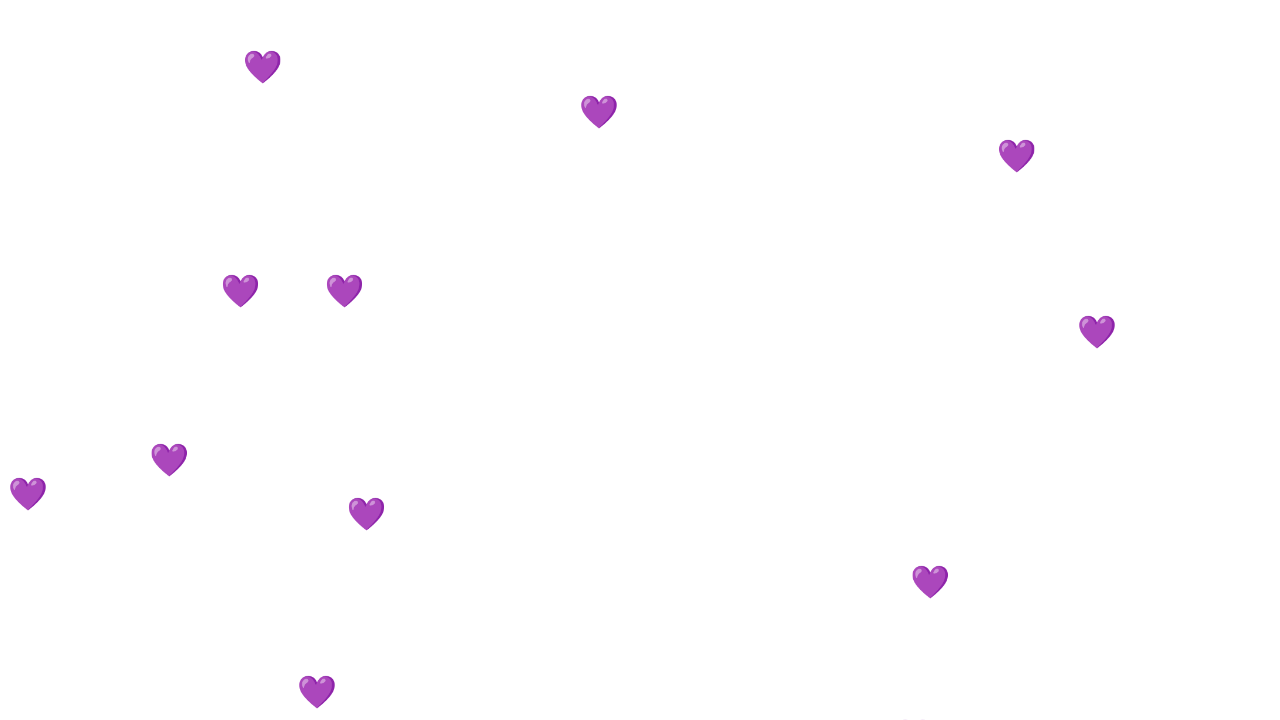
Repository: kate30980/js-practice
Page: purple-heart-rain/index.html
An editor plug-in stored every save of this project. The page is shown before and after the next save, followed by the edit.
The browser window is 1280 px wide. The pictures show the whole page.

Above is the page before, as saved 2021-08-28 23:56:17.

### purple-heart-rain/index.html
<!DOCTYPE html>
<html lang="en">

<head>
    <meta charset="UTF-8">
    <meta http-equiv="X-UA-Compatible" content="IE=edge">
    <meta name="viewport" content="width=device-width, initial-scale=1.0">
    <title>Purple Heart Rain</title>
    <link rel="stylesheet" href="style.css">
    <script src="script.js" defer></script>
</head>

<body>

</body>

</html>

### purple-heart-rain/style.css
@import url('https://fonts.googleapis.com/css2?family=Montserrat:wght@300;400;600;700&display=swap');
*{
    box-sizing: border-box;
}
body{
    display: flex;
    align-items: center;
    justify-content: center;
    font-family: 'Montserrat', sans-serif;
    margin: 0;
    min-height:100vh;
}
.heart{
    position: fixed;
    top: -1vh;transform: translateY(0);
    font-size: 2rem;
    animation: fall 3s linear forwards;
}
@keyframes fall {
    to{
        transform: translateY(110vh);
    }
}

### purple-heart-rain/script.js
function createHeart() {
  const heart = document.createElement("div");
  heart.classList.add("heart");

  heart.style.left = Math.random() * 100 + "vw";
  heart.style.animationDuration = Math.random() * 2 + 3 + "s";

  heart.innerText = `💜`;

  document.body.appendChild(heart);

  setTimeout(() => {
    heart.remove();
  }, 5000);
}
setInterval(createHeart, 300);

After the next save:
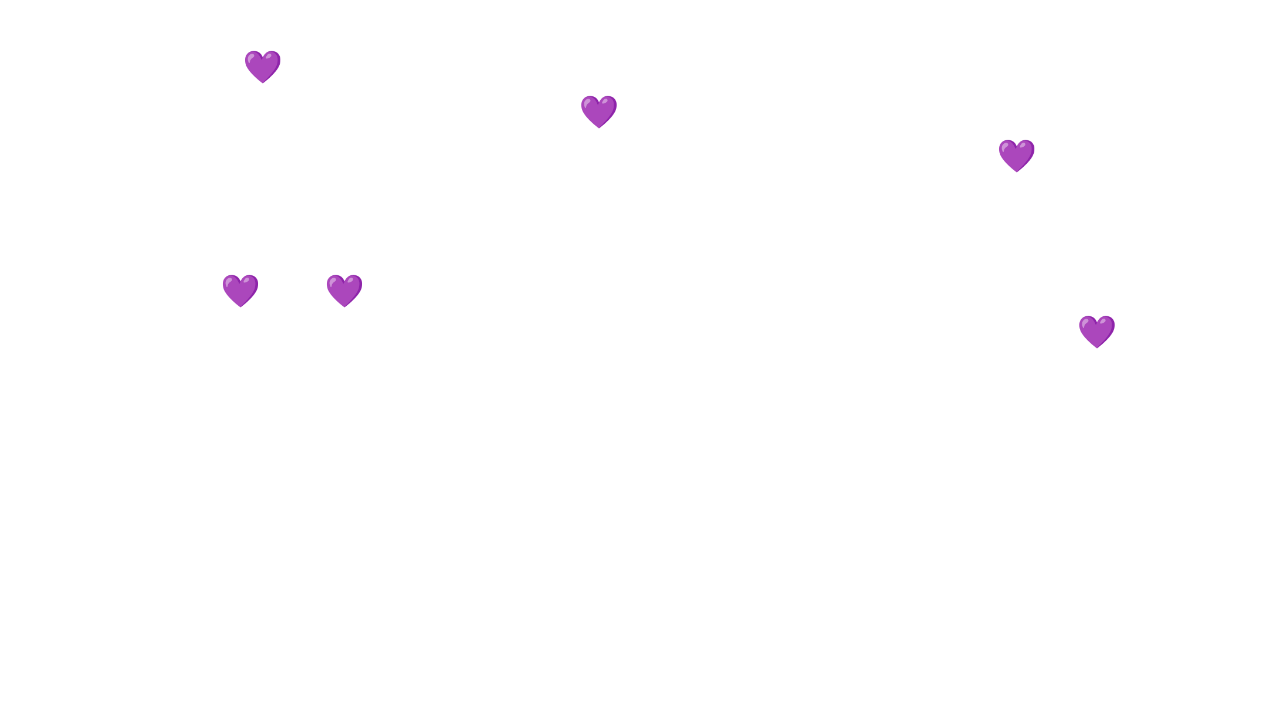
Saved 7 s later.
--- a/purple-heart-rain/script.js
+++ b/purple-heart-rain/script.js
@@ -11,6 +11,6 @@
 
   setTimeout(() => {
     heart.remove();
-  }, 5000);
+  }, 2000);
 }
 setInterval(createHeart, 300);
